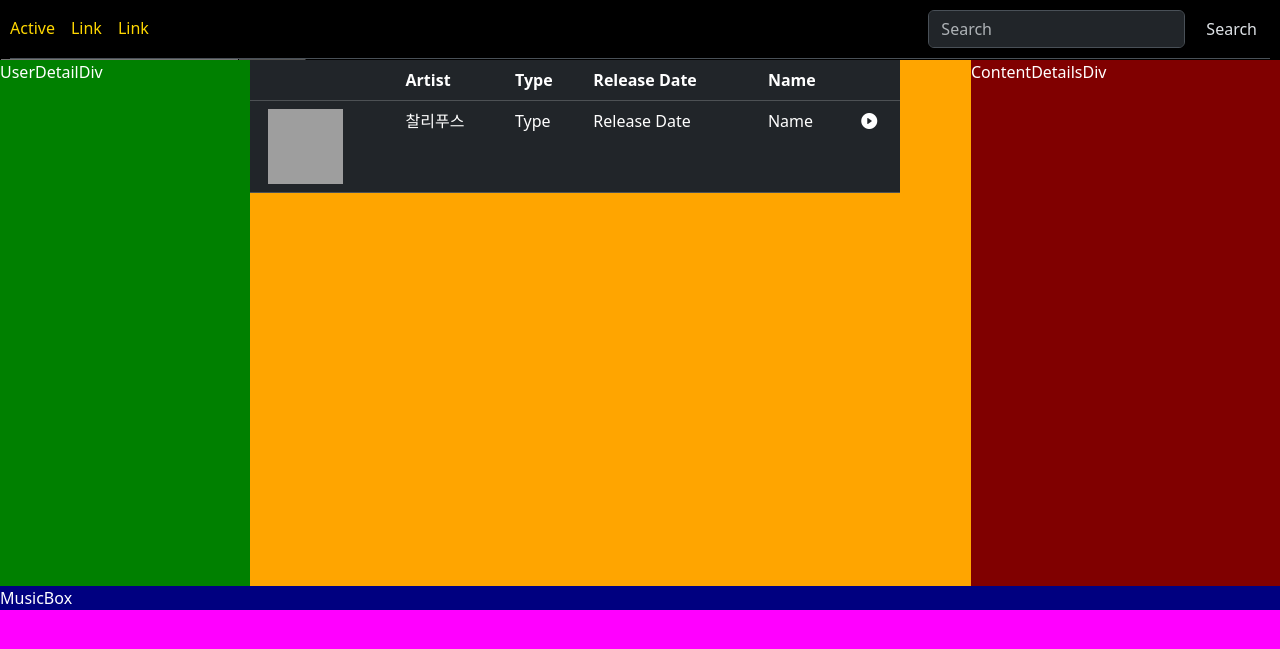
Repository: budflower44/My_Music_Life
Page: http://localhost/my_music_life/WEB-INF/views/mml/main.jsp
The author's editor kept a copy of each file at every save. The page is drawn from the files as they stood at one save, then again after the next save.
The browser window is 1280 px wide. The pictures show the whole page.
Pictures or frames that could not be fetched are drawn as grey boxes. The page is served by Tomcat 9. Nobody is signed in. The template is opened directly, without the code that normally fills it, so the values that code supplies are empty.

Above is the page before, as saved 2024-02-16 04:28:15.
Console error: TypeError: Cannot read properties of null (reading 'addEventListener')

After the next save:
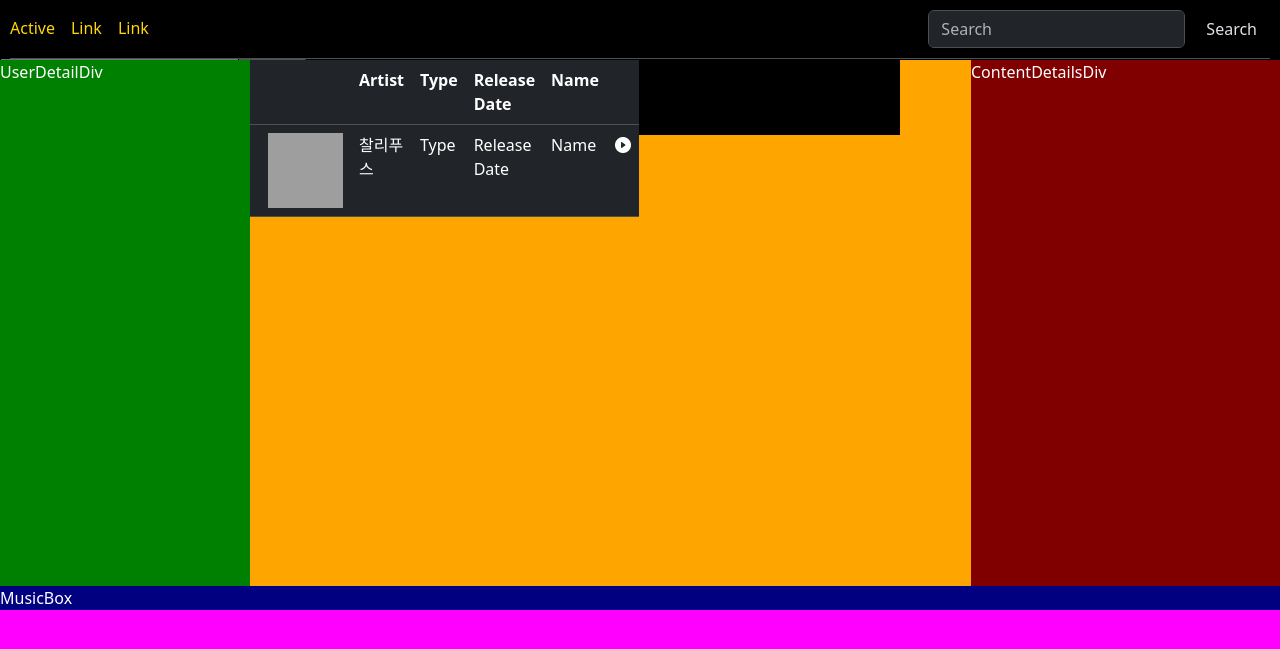
Saved 86 s later.
--- a/my_music_life/src/main/webapp/WEB-INF/views/mml/main.jsp
+++ b/my_music_life/src/main/webapp/WEB-INF/views/mml/main.jsp
@@ -103,6 +103,9 @@
 .navbar{
 	background-color: black;
 }
+.table{
+	width: 300px;
+}
 </style>
 <body>
 <div class="parentsDiv">
